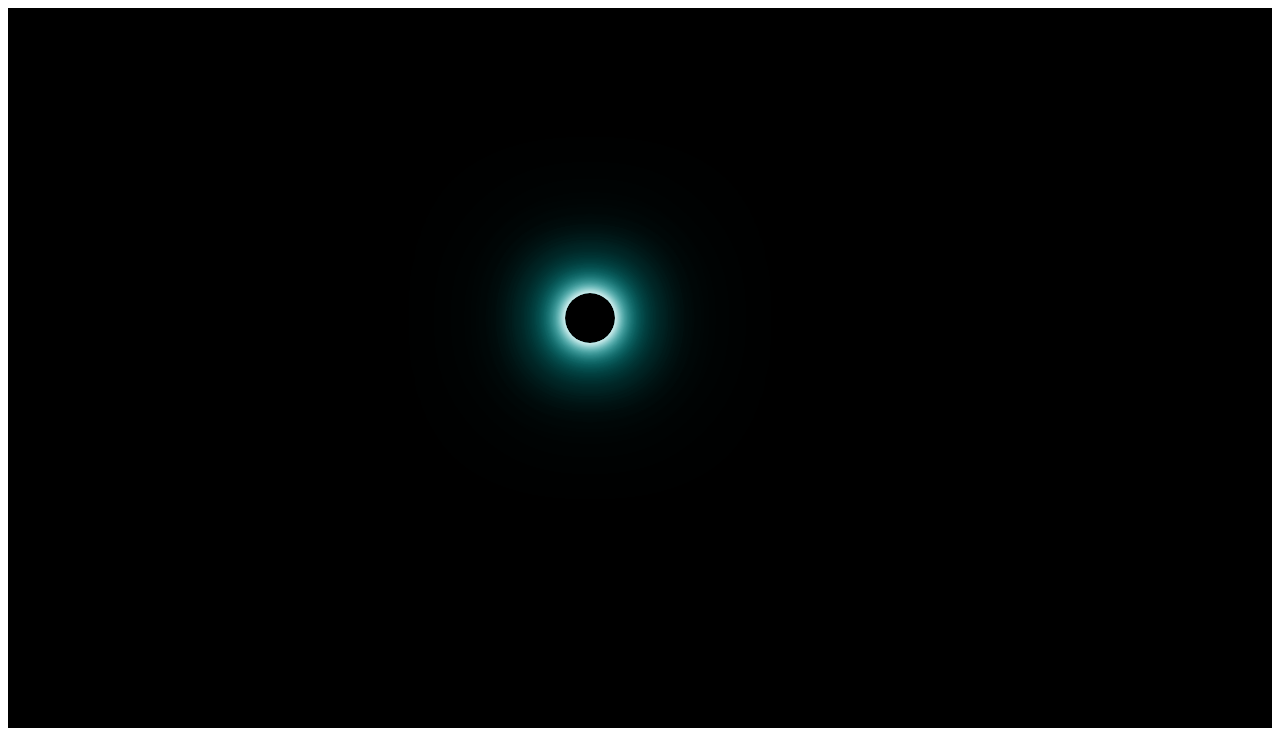
Repository: AdeniranZion/RC-Academy
Page: http://localhost/test/page.php
These files come from the project's save history. The page is drawn as it stood at one moment and after the next save; the edit follows.
The browser window is 1280 px wide. The pictures show the whole page.
The page is run by PHP 8.4 with error messages shown; the project is at /var/www/html/.

Above is the page before, as saved 2024-06-24 10:26:17.

After the next save:
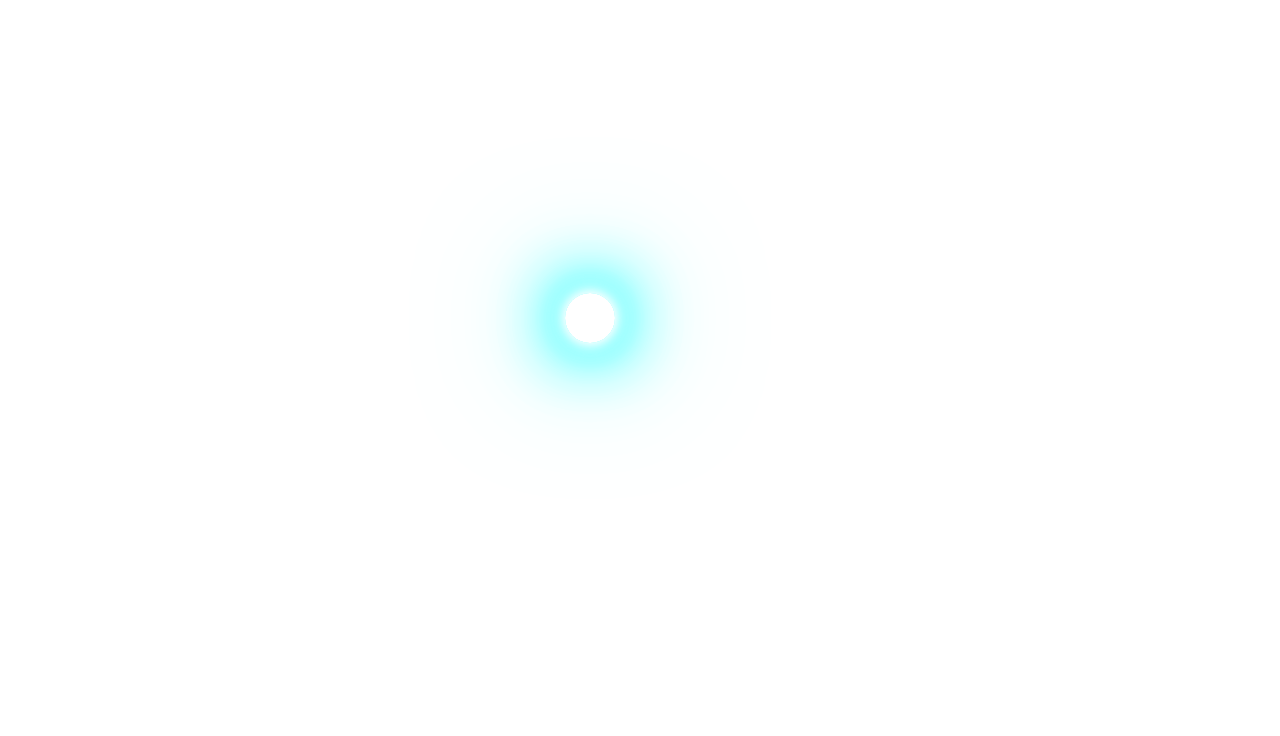
Saved 17 min 8 s later.
--- a/test/page.php
+++ b/test/page.php
@@ -11,7 +11,7 @@
   position: relative;
   width: 100%;
   height: 100vh;
-  background-color: #000;
+  background-color: #fff;
 }
 
 .neon-object {
